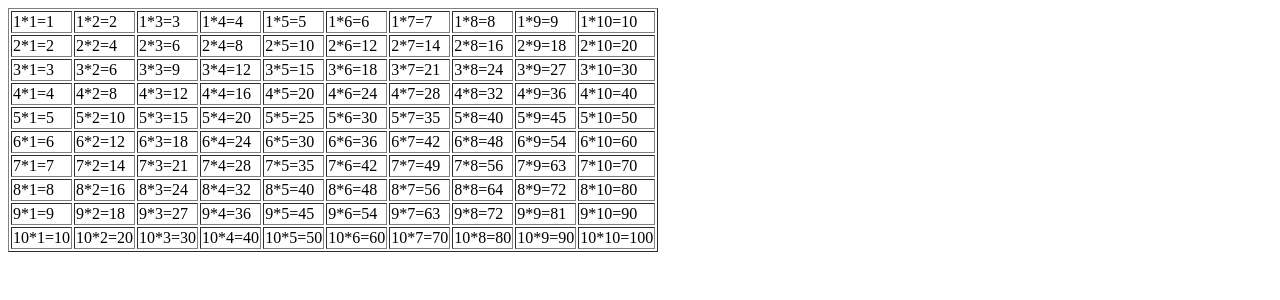
Repository: jeongho97/JSP
Page: http://localhost/JSP/예제2.jsp
These files come from the project's save history. The page is drawn as it stood at one moment and after the next save; the edit follows.
The browser window is 1280 px wide. The pictures show the whole page.
The page is served by Tomcat 9.

Above is the page before, as saved 2022-05-17 02:54:28.

After the next save:
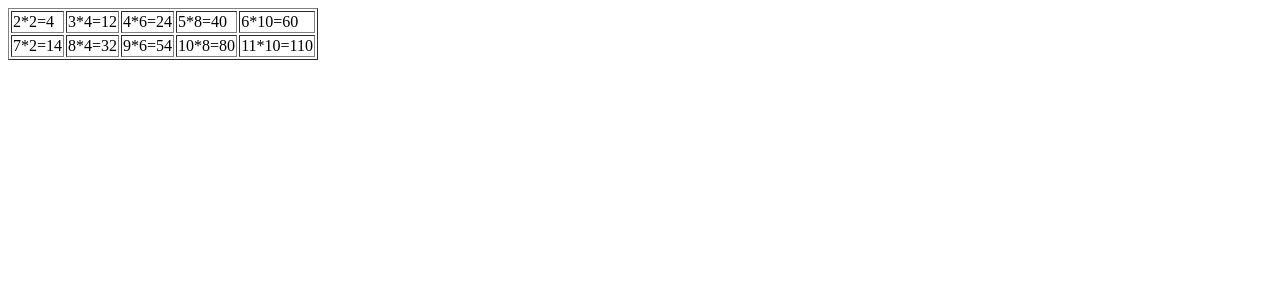
Saved 56 s later.
--- a/JSP/WebContent/예제2.jsp
+++ b/JSP/WebContent/예제2.jsp
@@ -14,19 +14,18 @@
 	int sum=1;
 	int sum2=1;
 %>
-<%
-sum++;
-sum2++;
-%>
 <table border="1">
 <%
-	for(i=1;i<=10;i++){
+	for(i=1;i<=10;){
 %>
 		<tr>
 <%
 		for(j=1;j<=10;j++){
 %>
-
+			<%
+			i++;
+			j++;
+			%>
 			<td><%=i%>*<%=j%>=<%=i*j%></td>
 
 <%
